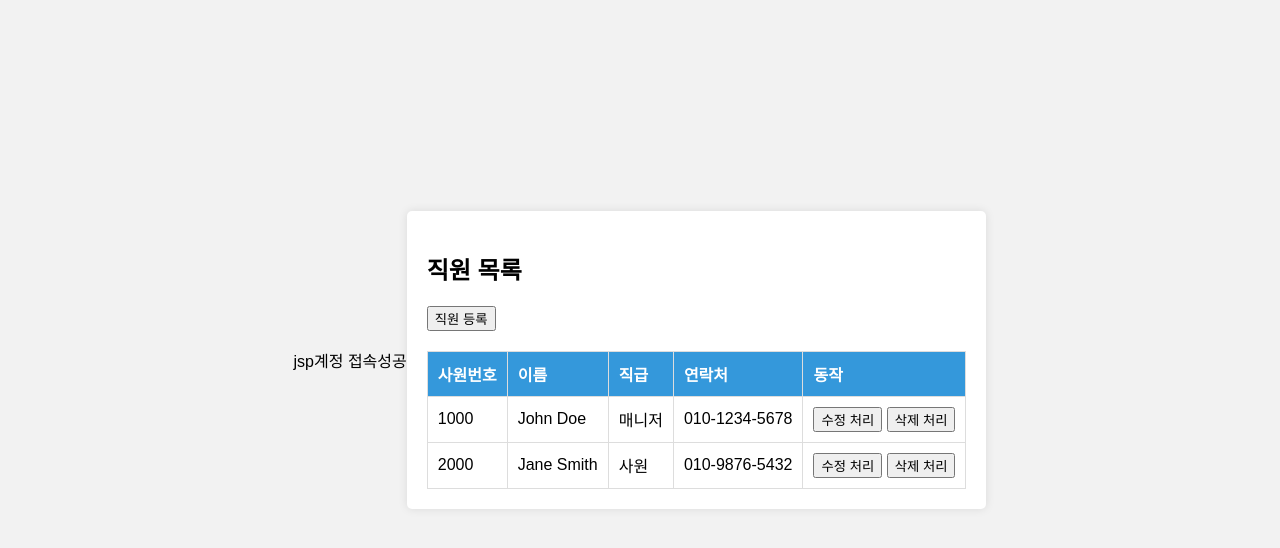
Repository: heyJSH/Study_java_web_sol
Page: http://localhost/jspweb_08/emplist.jsp
An editor plug-in stored every save of this project. The page is shown before and after the next save, followed by the edit.
The browser window is 1280 px wide. The pictures show the whole page.
The page is served by Tomcat 9. Other server files are loaded and not shown. Queries for data that is not in the repository find no rows.

Above is the page before, as saved 2024-01-12 05:25:59.

### workspace_stsb/jspweb_08/src/main/webapp/emplist.jsp
<!-- 직원목록 가져옴 -->
<!-- 1.화면설계, 2.디비접속, resultSet resultSET = executeQuery => select, int result = executeUpdate => insert, update, delete -->
<%@ page language="java" contentType="text/html; charset=UTF-8"
    pageEncoding="UTF-8"%>

<!-- 디비접속 -->
<%@ page import ="java.sql.*" %>
<%@ page import="utils.DBconfig" %>

<!DOCTYPE html>
<html>
<head>
<meta charset="UTF-8">
<title>Insert title here</title>
<style>
	/* 직원 목록 CSS */
   body {
      font-family: Arial, sans-serif;
      background-color: #f2f2f2;
      margin: 0;
      padding: 0;
      display: flex;
      justify-content: center;
      align-items: center;
      height: 100vh;
   }
   .employee-list {
      background-color: #fff;
      padding: 20px;
      border-radius: 5px;
      box-shadow: 0 0 10px rgba(0, 0, 0, 0.1);
   }

   table {
      width: 100%;
      border-collapse: collapse;
      margin-top: 20px;
   }

   th, td {
      border: 1px solid #ddd;
      padding: 10px;
      text-align: left;
   }

   th {
      background-color: #3498db;
      color: #fff;
   }
</style>
</head>
<body>

	<%
      // 오라클 디비와 접속
      Connection connection = null;
      // 접속하기
      try {
        //connection = DriverManager.getConnection(JDBC_URL, USER, PASSWORD);
        connection = DBconfig.getConnection();
        out.println("jsp계정 접속성공");
      }catch(Exception e) {
        out.println("jsp계정 접속실패");
      }

      // 직원정보 목록을 가져오는 쿼리 실행
      // Statement stmt = null;
      PreparedStatement pstmt = null;
      ResultSet resultSet = null;

      int count = 0;
      try {
    	  String sql = "SELECT EMPLOYEE_ID, LAST_NAME, JOB_ID, PHONE_NUMBER FROM EMPLOYEES";
    	  // ?있을 때는 pstmt = connection.prepareStatement(sql);
    	  // ?없이 가져올때는 stmt = connection.createStatement();
    	  // stmt = connection.createStatement();
    	  pstmt = connection.prepareStatement(sql);
    	  resultSet = pstmt.executeQuery();
    	  while(resultSet.next()) {
    		  count++;
    	  }
      } catch(Exception e) {

      }
   %>

	 <div class="employee-list">
        <h2>직원 목록</h2>
        <button onclick="handleAddButtonClick()">직원 등록</button> <!-- 등록 버튼 추가 -->
        <table>
            <thead>
            <tr>
            <th>사원번호</th>
                <th>이름</th>
                <th>직급</th>
                <th>연락처</th>
                <th>동작</th> <!-- 새로운 열 추가 -->

            </tr>
            </thead>
            <tbody>
            <tr>
            <td>1000</td>
                <td>John Doe</td>
                <td>매니저</td>
                <td>010-1234-5678</td>
                <td><button onclick="handleButtonClick(0)">수정 처리</button> <!-- 버튼 추가 -->
                <button onclick="handleButtonClick(0)">삭제 처리</button><!-- 버튼 추가 -->

                </td> <!-- 상세보기 버튼 추가 -->
            </tr>
            <tr>
            <td>2000</td>
                <td>Jane Smith</td>
                <td>사원</td>
                <td>010-9876-5432</td>
                <td><button onclick="handleButtonClick(1)">수정 처리</button> <!-- 버튼 추가 -->
                    <button onclick="handleButtonClick(1)">삭제 처리</button> <!-- 버튼 추가 -->

                 <!-- 상세보기 버튼 추가 -->
                </td>
            </tr>
            <!-- 다른 직원들의 정보도 추가할 수 있습니다. -->
            </tbody>
        </table>
    </div>

    <script>
      function handleAddButtonClick() {
           location.href="empform.jsp";
       }
   </script>
</body>
</html>

### workspace_stsb/jspweb_08/src/main/java/utils/DBconfig.java
package utils;

import java.sql.Connection;
import java.sql.DriverManager;
import java.sql.SQLException;

public class DBconfig {

    // Oracle 데이터베이스 연결 정보 설정
    private static final String JDBC_URL = "jdbc:oracle:thin:@localhost:1521:orcl";
    private static final String USER = "jsp";
    private static final String PASSWORD = "123456";

    // 데이터베이스 연결을 반환하는 메서드
    public static Connection getConnection() throws SQLException {
        return DriverManager.getConnection(JDBC_URL, USER, PASSWORD);
    }

}

After the next save:
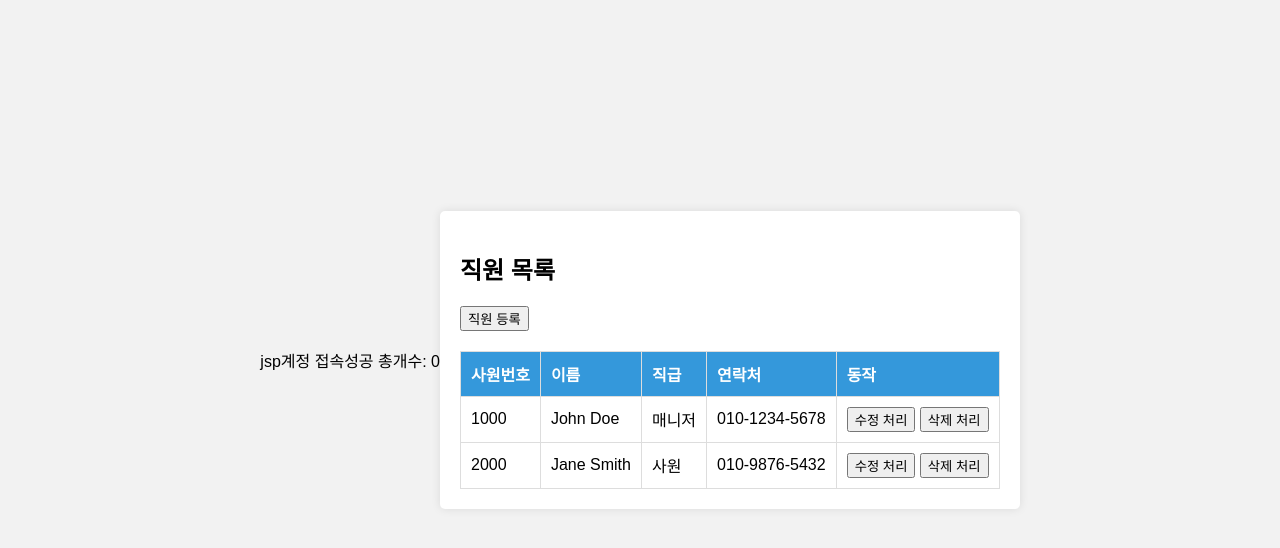
Saved 11 s later.
--- a/workspace_stsb/jspweb_08/src/main/webapp/emplist.jsp
+++ b/workspace_stsb/jspweb_08/src/main/webapp/emplist.jsp
@@ -79,6 +79,7 @@
     	  while(resultSet.next()) {
     		  count++;
     	  }
+    	  out.println("총개수: " + count);
       } catch(Exception e) {
 
       }
